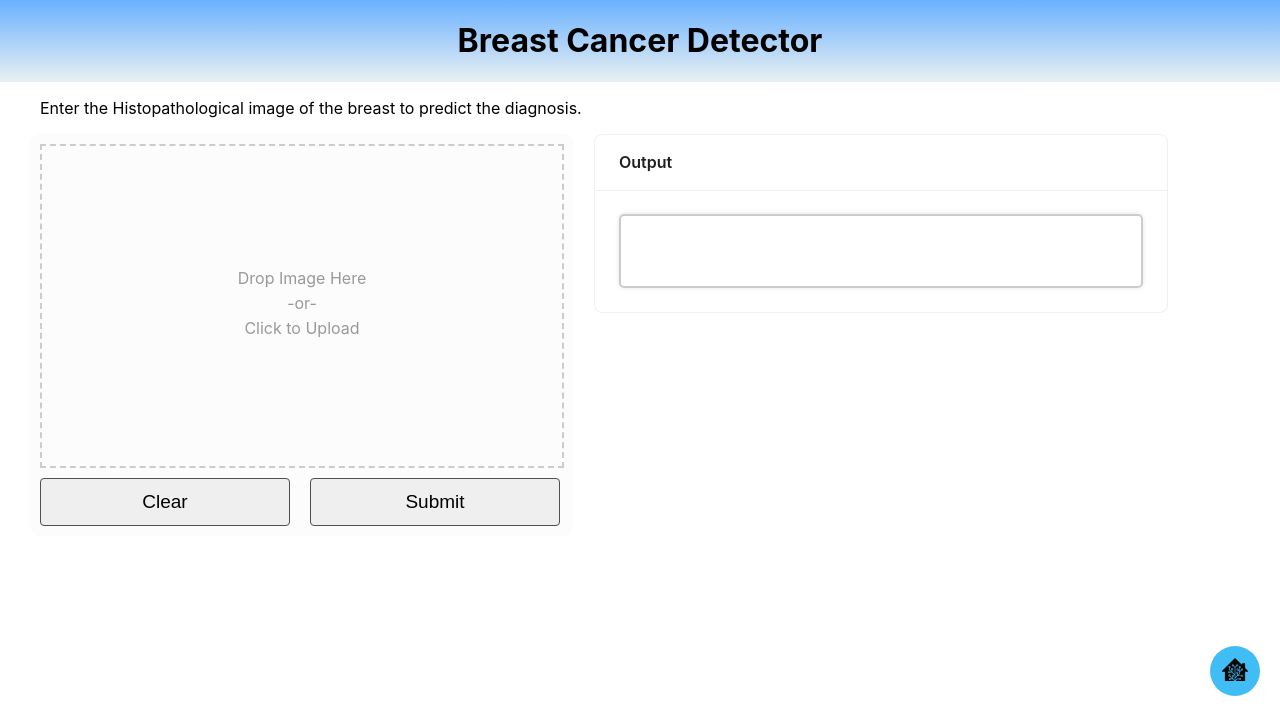
Repository: xshamrose/RAYi-AI
Page: /BreastCancerDetector-app (app in client/)
These files come from the project's save history. The page is drawn as it stood at one moment and after the next save; the edit follows.
The browser window is 1280 px wide. The pictures show the whole page.
The project was rebuilt for these pictures with package versions that can differ from the ones it lists, and the page was loaded fresh each time. Also part of the build but not shown: client/src/App.css, client/src/pages/Home.js, client/src/pages/home.css, client/src/pages/Chatbox.js.

Above is the page before, as saved 2024-03-09 17:50:16.

### client/src/App.js
import "./App.css";
import React from "react";
import Candetect from "./pages/Candetect";
import Home from "./pages/Home";
import "./pages/home.css";
import { BrowserRouter as Router, Routes, Route } from "react-router-dom";
import Chatbox from "./pages/Chatbox";

function App() {
  return (
    <div className="App">
      <Router>
        <Routes>
          <Route exact path="/" element={<Home />} />
          <Route path="/BreastCancerDetector-app" element={<Candetect />} />
          <Route exact path="/chatbox" element={<Chatbox />} />

          {/*  Future Use for Pipe Counting Detection
          <Route
            path="/Pipe"
            element={<Candetect title={headerTitle} content={content} />}
          /> */}
        </Routes>
      </Router>
    </div>
  );
}

export default App;

### client/src/pages/Candetect.js
import React, { useState } from "react";
import "../pages/Candetect.css";
import { Card } from "antd";
import deleteicon from "../assets/delete-.svg";
import ai from "../assets/ai_img.svg"
import axios from "axios";
import { useNavigate } from "react-router-dom";
function Candetect() {
  const [imageFile, setImageFile] = useState(null);
  const [errorMessage, setErrorMessage] = useState("");
  const [loading, setLoading] = useState(false);
  const [responseData, setResponseData] = useState("");
const navigate=useNavigate()
  const handleFileInputChange = (event) => {
    const file = event.target.files[0];
    if (file) {
      setImageFile(file);
    }
  };

  const handleClearImage = () => {
    setImageFile(null);
    //reset the file input
    const fileInput = document.getElementById("file-input");
    if (fileInput) {
      fileInput.value = "";
    }
    setErrorMessage("");
  };

  const handleDeleteImage = () => {
    setImageFile(null);
    //reset the file input
    const fileInput = document.getElementById("file-input");
    if (fileInput) {
      fileInput.value = "";
    }
  };

  const handleSubmit = () => {
    if (!imageFile) {
      setErrorMessage("Please upload an Image");
      console.log("Please upload an Image");
    } else {
      const formData = new FormData();
      formData.append("image", imageFile);
      setLoading(true);
      axios
        .post("http://ct.rayi.in:5002/predicttest", formData, {
          headers: {
            "Content-Type": "multipart/form-data",
          },
        })
        .then((response) => {
          setLoading(false);
          setResponseData(response.data);
          console.log(response.data);
        })
        .catch((error) => {
          if (error.response) {
            console.error("Error Response Data:", error.response.data);
            console.error("Error Response Status:", error.response.status);
          } else if (error.request) {
            console.error("No response received:", error.request);
          } else {
            console.error("Error:", error.message);
          }
          setErrorMessage("Failed to submit. Please try again.");
        });
    }
  };
const handleAipage=()=>{
navigate("/chatbox")
}
  return (
    <div>
      <div
        style={{
          display: "flex",
          justifyContent: "center",
          alignContent: "center",
          flexWrap: "nowrap",
          alignItems: "center",
          backgroundImage: "linear-gradient(#69b1ff, #e9f0f2)",
          width: "100%",
        }}
      >
        <h1>Breast Cancer Detector</h1>
      </div>

      <p style={{ marginLeft: "40px" }}>
        Enter the Histopathological image of the breast to predict the
        diagnosis.
      </p>

      <div className="overallContainer">
        <div className="dragandbutton">
          <div className="image-upload-box">
            <input
              type="file"
              accept="image/*"
              id="file-input"
              className="file-input"
              onChange={handleFileInputChange}
            />
            {imageFile ? null : (
              <div>
                <label htmlFor="file-input" className="upload-label">
                  <span>Drop Image Here</span> <span>-or-</span>{" "}
                  <span>Click to Upload</span>{" "}
                </label>{" "}
                {errorMessage && (
                  <div className="error-message">{errorMessage}</div>
                )}{" "}
              </div>
            )}

            {imageFile && (
              <div className="image-preview">
                <img
                  src={URL.createObjectURL(imageFile)}
                  alt="Uploaded"
                  className="full-size-image"
                ></img>

                <div className="image-actions">
                  <img
                    src={deleteicon}
                    alt="Delete"
                    className="icon"
                    onClick={handleDeleteImage}
                  />
                </div>
              </div>
            )}
          </div>

          <div className="button-container">
            <button className="sbutton" onClick={handleClearImage}>
              Clear
            </button>
            <button className="sbutton" onClick={handleSubmit}>
              Submit
            </button>
          </div>
        </div>
        <div>
          <Card title="Output" hoverable>
            <div className="text-area">
              {loading ? (
                <div className="loader-all">
                  <div className="loader"></div>
                  <p>loading...</p>
                </div>
              ) : (
                responseData
              )}
            </div>
          </Card>
        </div>
      </div>
      <div className="ask-me-icon">
      <div class="tooltip-container">
  <span class="tooltip">Ask AI</span>
  <span class="text" onClick={handleAipage}><img alt="Ai" src={ai} style={{height:"50px"}} /></span>
</div>

    </div>
    </div>
  );
}

export default Candetect;

### client/src/pages/Candetect.css
/* Candetect.css */

.image-upload-box {
    position: relative;
    display: flex;
    flex-direction: column;
    align-items: center;
    justify-content: center;
    border: 2px dashed #ccc;
    padding: 10px;
    cursor: pointer;
    width: 500px; /* Adjust the width of the box as needed */
    height: 300px; /* Adjust the height of the box as needed */
  }

  .file-input {
    display: none;
  }

  .upload-label {
    display: flex;
    flex-direction: column;
    justify-content: center;
    align-items: center;
    color: #999;
    cursor: pointer;
  }

  .upload-label span {
    margin-bottom: 5px;
  }

  .image-preview {
    position: relative;
    width: 100%;
    height: 100%;
    overflow: hidden;
    object-fit: cover;
    display: flex;
    flex-direction: row;
    flex-wrap: nowrap;
    align-content: center;
    justify-content: center;
  }

.full-size-image{
  height: auto;
  width: 450px;
}

  .image-actions {
    padding: 5px;
  }


  .sbutton {
    display: inline-block;
    padding: 12px 24px;
    border: 1px solid #4f4f4f;
    border-radius: 4px;
    transition: all 0.2s ease-in;
    position: relative;
    overflow: hidden;
    font-size: 19px;
    cursor: pointer;
    color: black;
    z-index: 1;
    width: 250px;
  }

  .sbutton:before {
    content: "";
    position: absolute;
    left: 50%;
    transform: translateX(-50%) scaleY(1) scaleX(1.25);
    top: 100%;
    width: 140%;
    height: 180%;
    background-color: rgba(0, 0, 0, 0.05);
    border-radius: 50%;
    display: block;
    transition: all 0.5s 0.1s cubic-bezier(0.55, 0, 0.1, 1);
    z-index: -1;
  }

  .sbutton:after {
    content: "";
    position: absolute;
    left: 55%;
    transform: translateX(-50%) scaleY(1) scaleX(1.45);
    top: 180%;
    width: 160%;
    height: 190%;
    background-color: #000000;
    border-radius: 50%;
    display: block;
    transition: all 0.5s 0.1s cubic-bezier(0.55, 0, 0.1, 1);
    z-index: -1;
  }

  .sbutton:hover {
    color: #ffffff;
    border: 1px solid #101111;
  }

  .sbutton:hover:before {
    top: -35%;
    background-color: #101111;
    transform: translateX(-50%) scaleY(1.3) scaleX(0.8);
  }

  .sbutton:hover:after {
    top: -45%;
    background-color: #151616;
    transform: translateX(-50%) scaleY(1.3) scaleX(0.8);
  }
  .button-container{
    gap: 20px;
    display: flex;
    align-items: center;
  }

  .dragandbutton{
    display: flex;
    flex-direction: column;
    gap: 10px;
    background-color: #c1b9b90d;
    border-radius: 10px;
    padding: 10px;
  }

  .text-area {
    display: flex;
    width: 500px;
    height: 50px;
    padding: 10px;
    border: 2px solid #ccc;
    border-radius: 5px;
    font-size: 16px;
    outline: none;
    box-shadow: 0 0 5px rgba(0, 0, 0, 0.1);
  }

  .text-area:focus {
    border-color: #007bff;
  }
  .overallContainer{
    display: flex;
    flex-direction: row;
    gap: 20px;
    flex-wrap: wrap;
    margin-left: 30px;
  }
  .error-message{
    color: red;
    font-size: medium;
  }
  .icon {
    width: 25px;
    height: 25px;
    margin-left: 8px;
    border-radius: 50%;

  }
  .icon:hover{
    transform: scale(1.1);
    color: #000000;
  }

  .compass{
    height: 30px;
    width: 30px;
  }
  .loader {
    border: 4px solid rgba(0, 0, 0, 0.776);
    border-left-color: transparent;
    border-radius: 50%;
  }

  .loader {
    border: 4px solid rgba(0, 0, 0, 0.655);
    border-left-color: transparent;
    width: 25px;
    height: 25px;
  }

  .loader {
    border: 4px solid rgba(0, 0, 0, 0.705);
    border-left-color: transparent;
    width: 25px;
    height: 25px;
    animation: spin89345 1s linear infinite;
  }

  @keyframes spin89345 {
    0% {
      transform: rotate(0deg);
    }

    100% {
      transform: rotate(360deg);
    }
  }
  .loader-all{
    display: flex;
    flex-direction: row;
    gap: 10px;
    justify-content: flex-start;
    align-items: center;
  }
  .ask-me-icon {
    position: fixed;
    bottom: 20px;
    right: 20px;
    cursor: pointer;
    z-index: 1000; }
    .tooltip-container {
      --background: linear-gradient(45deg, #22d3ee, #1f9df5); /* Default background */
      position: relative;
      background: var(--background);
      cursor: pointer;
      transition: all 0.2s;
      font-size: 12px;
      padding: 0.7em 1.8em;
      border-radius: 8px;
      box-shadow: 0 4px 6px rgba(0, 0, 0, 0.1);
      color: #fff;
      display: contents;
     }

    .tooltip {
      position: absolute;
      top: 100%;
      left: 50%;
      transform: translateX(-50%) scale(0.8);
      transform-origin: bottom;
      padding: 0.3em 0.6em;
      opacity: 0;
      pointer-events: none;
      transition: all 0.3s;
      background: var(--background);
      border-radius: 4px;
      box-shadow: 0 2px 4px rgba(0, 0, 0, 0.1);
      white-space: nowrap; /* Prevent text from wrapping to a new line */
      width: auto;
    }

    .tooltip::before {
      position: absolute;
      content: "";
      height: 0.6em;
      width: 0.6em;
      bottom: -0.2em;
      left: 50%;
      transform: translate(-50%) rotate(45deg);
      background: var(--background);
    }

    .tooltip-container:hover .tooltip {
      top: -45px;
      opacity: 1;
      visibility: visible;
      pointer-events: auto;
      transform: translateX(-50%) scale(1);
      font-size: medium;
      width: auto;
    }
    .tooltip-container:hover {
      transform: scale(0.9);
    }

### client/src/pages/Chatbox.css
.overall{
    display: flex;
    justify-content: center;
}

.chat-container {
    width: 98%;
    height: 90vh;
    border: 1px solid #ccc;
    border-radius: 10px;
    padding: 20px;
    box-shadow: 0 4px 6px rgba(0, 0, 0, 0.1);
    overflow: auto;
    display: flex;
    flex-direction: column;
    justify-content: space-between;
   }

   .dark-mode {
    background-color: #494848;
    color: #fff;
   }
   .message {
    margin-bottom: 10px;
    padding: 10px;
    border-radius: 10px;
    max-width: 70%;
    word-wrap: break-word;
   }

   .message.user {
    background-color: #888484cb;
    align-self: flex-end;
    color: #000;
   }
   .loading {
    color: #888;
    display: flex;
    justify-content: flex-start;
    margin-top: 10px;
    margin-bottom: 10px;
   }

   .message.assistant {
    background-color: #545556;
    color: #fff;
    align-self: flex-start;
   }



   .input-container {
    display: flex;
    justify-content: center;
    align-items: center;
    margin-top: 20px;
   }

   input {
    flex-grow: 1;
    margin-right: 10px;
    padding: 5px;
    border: 1px solid #ccc;
    border-radius: 5px;
    height: 30px;
   }
   .input:focus, .input:focus-visible {
    border-color: #720098;

  }
   button {
    padding: 5px 10px;
    border: none;
    border-radius: 5px;
    cursor: pointer;
   }

   button:hover {
    background-color: #ccc;
   }
   .dark-mode-button {
    background-color: #333;
    color: #fff;
    border: none;
    border-radius: 5px;
    padding: 5px 10px;
    cursor: pointer;
   }

   .dark-mode-button:hover {
    background-color: #444;
   }
 /* The switch - the box around the slider */
.switch-container {
    position: relative;
    display: inline-block;
    width: 3.5em;
    height: 2em;
  }


  .switch-container input {
    opacity: 0;
    width: 0;
    height: 0;
  }


  .switch-container .slider {
    --background: linear-gradient(to right, #090613ef, #18151f);
    position: absolute;
    cursor: pointer;
    top: 0;
    left: 0;
    right: 0;
    bottom: 0;
    background: var(--background);
    transition: background-color 0.5s;
    border-radius: 30px;
  }

  .switch-container .slider:before {
    position: absolute;
    content: "";
    height: 1.4em;
    width: 1.4em;
    border-radius: 50%;
    left: 10%;
    bottom: 15%;
    box-shadow: inset 15px -4px 0px 15px #f8ea27;
    background: var(--background);
    transition: transform 0.5s, box-shadow 0.5s;
  }

  .switch-container input:checked + .slider {
    background-color: #000;
  }

  .switch-container input:checked + .slider:before {
    transform: translateX(100%);
    box-shadow: inset 8px -4px 0px 0px #f8f8f4;
  }
.header{
    display: flex;
    flex-wrap: wrap;
    flex-direction: row;
    align-content: center;
    align-items: center;
    justify-content: space-between;
}
/* Existing styles remain unchanged */

/* Styles for the input wrapper and send button */
.input-wrapper {
    position: relative;
    display: flex;
    align-items: center;
    width: 90%;
   }

   .input-wrapper input {
    flex-grow: 1;
    padding: 10px;

    border-radius: 5px;
   }

   .send-button {
    position: absolute;
    right: 10px;
    top: 0;
    bottom: 0;
    padding: 10px;
    border: none;
    border-radius: 0 5px 5px 0;
    background-color: transparent;
    cursor: pointer;
   }

   .send-button:hover {
    background-color: #000000d7;
    color: white;
   }

Loaded but not shown: client/public/index.html (common file); client/src/index.js (common file); client/src/index.css (common file); client/src/reportWebVitals.js (common file)

After the next save:
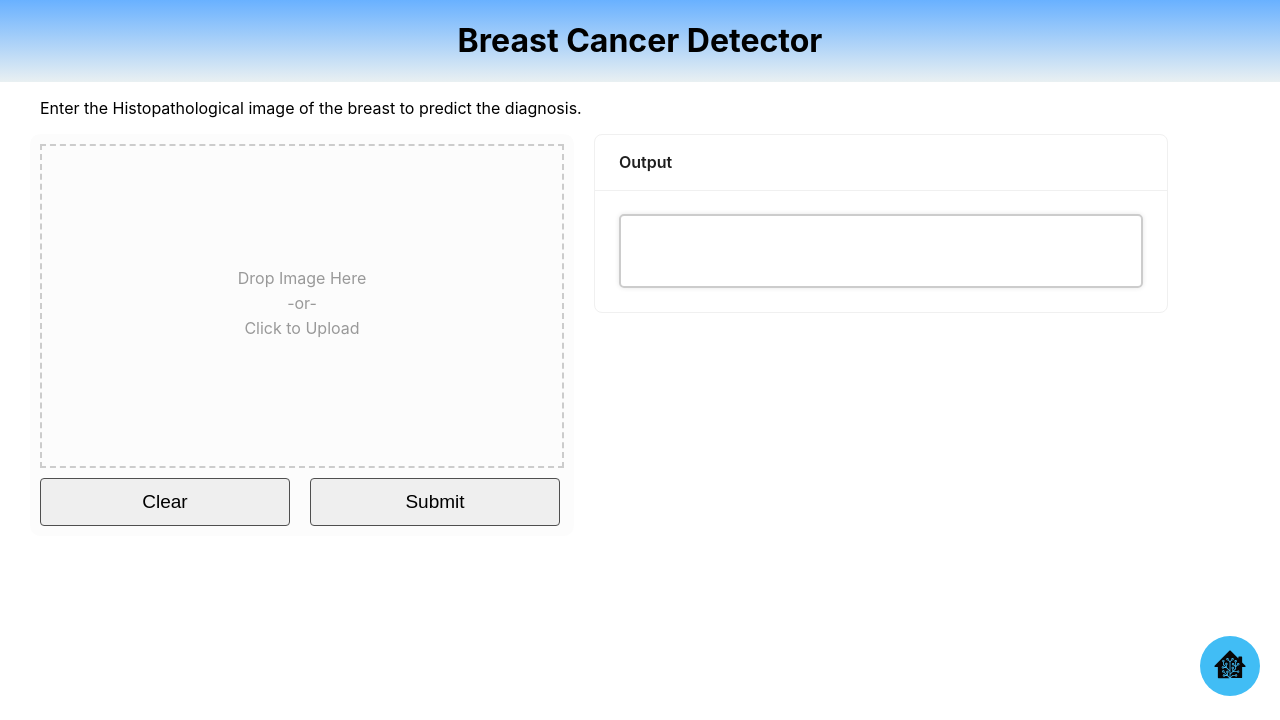
Saved 71 s later.
--- a/client/src/pages/Candetect.js
+++ b/client/src/pages/Candetect.js
@@ -162,7 +162,7 @@
       <div className="ask-me-icon">
       <div class="tooltip-container">
   <span class="tooltip">Ask AI</span>
-  <span class="text" onClick={handleAipage}><img alt="Ai" src={ai} style={{height:"50px"}} /></span>
+  <span class="text" onClick={handleAipage}><img alt="Ai" src={ai} style={{height:"60px"}} /></span>
 </div>
 
     </div>
